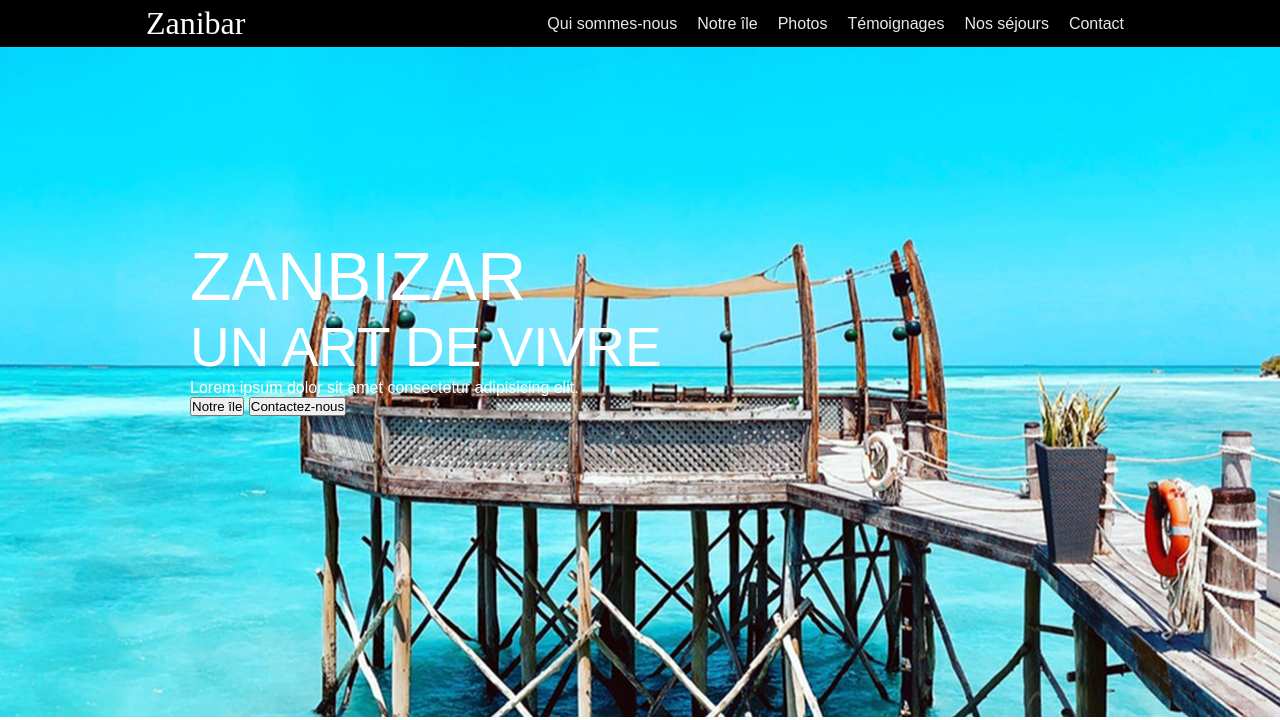
Repository: ypiard85/zanzibar
Page: index.html
An editor plug-in stored every save of this project. The page is shown before and after the next save, followed by the edit.
The browser window is 1280 px wide. The pictures show the whole page.
Some web fonts or font styles are not loaded; a fallback is used.

Above is the page before, as saved 2021-02-23 14:58:35.

After the next save:
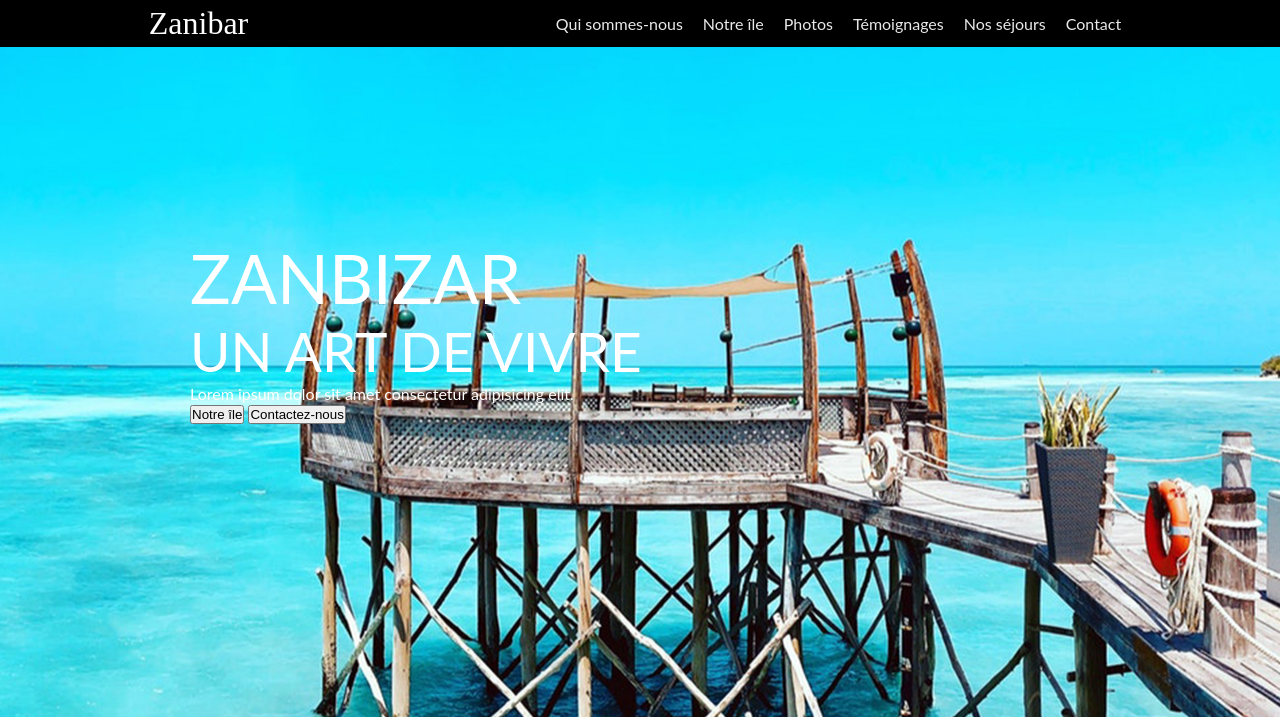
Saved 9 s later.
--- a/style.css
+++ b/style.css
@@ -8,7 +8,6 @@
     box-sizing: border-box;
     list-style: none;
     text-decoration: none;
-    font-family: sans-serif;
 }
 
 html {
